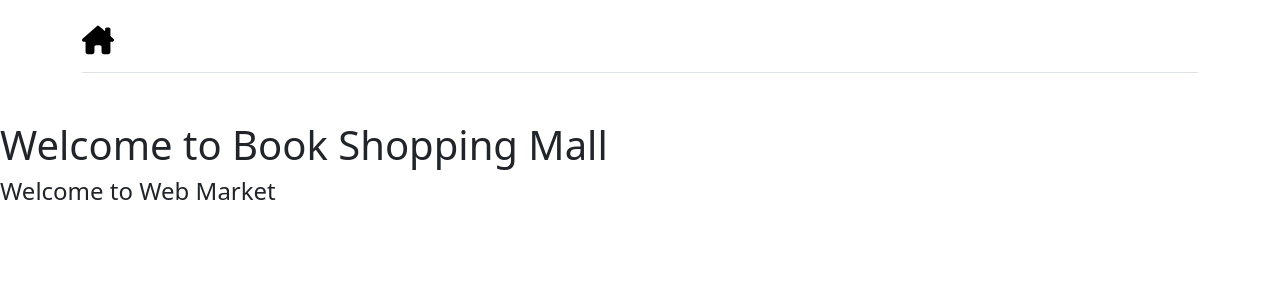
Repository: 6dreamhigh/jsp
Page: http://localhost/BookMarket/welcome.jsp
An editor plug-in stored every save of this project. The page is shown before and after the next save, followed by the edit.
The browser window is 1280 px wide. The pictures show the whole page.
The page is served by Tomcat 9.

Above is the page before, as saved 2024-08-12 06:51:50.

### BookMarket/src/main/webapp/welcome.jsp
<%@ page language="java" contentType="text/html; charset=EUC-KR"
    pageEncoding="EUC-KR"%>
<!DOCTYPE html>
<html>
<head>
<meta charset="EUC-KR">
<title>Welcome</title>
<link href="https://cdn.jsdelivr.net/npm/bootstrap@5.1.3/dist/css/bootstrap.min.css" rel="stylesheet">

</head>
<body>
<div class ="container py-4">
	<header class ="pb-3 mb-4 border-bottom">
		<a href = "./welcome.jsp" class ="d-flex align-items-center text-dark text-decoration-none">
		<svg width="32" height="32" xmlns="http://www.w3.org/2000/svg" viewBox="0 0 576 512"><!--!Font Awesome Free 6.6.0 by @fontawesome - https://fontawesome.com License - https://fontawesome.com/license/free Copyright 2024 Fonticons, Inc.--><path d="M543.8 287.6c17 0 32-14 32-32.1c1-9-3-17-11-24L512 185l0-121c0-17.7-14.3-32-32-32l-32 0c-17.7 0-32 14.3-32 32l0 36.7L309.5 7c-6-5-14-7-21-7s-15 1-22 8L10 231.5c-7 7-10 15-10 24c0 18 14 32.1 32 32.1l32 0 0 69.7c-.1 .9-.1 1.8-.1 2.8l0 112c0 22.1 17.9 40 40 40l16 0c1.2 0 2.4-.1 3.6-.2c1.5 .1 3 .2 4.5 .2l31.9 0 24 0c22.1 0 40-17.9 40-40l0-24 0-64c0-17.7 14.3-32 32-32l64 0c17.7 0 32 14.3 32 32l0 64 0 24c0 22.1 17.9 40 40 40l24 0 32.5 0c1.4 0 2.8 0 4.2-.1c1.1 .1 2.2 .1 3.3 .1l16 0c22.1 0 40-17.9 40-40l0-16.2c.3-2.6 .5-5.3 .5-8.1l-.7-160.2 32 0z"/></svg>
		</a>
	</header>



</div>
<%! String greeting = "Welcome to Book Shopping Mall";
	String tagline = "Welcome to Web Market";
%>
<h1><%=greeting %></h1>
<h4><%=tagline %></h4>
</body>
</html>

After the next save:
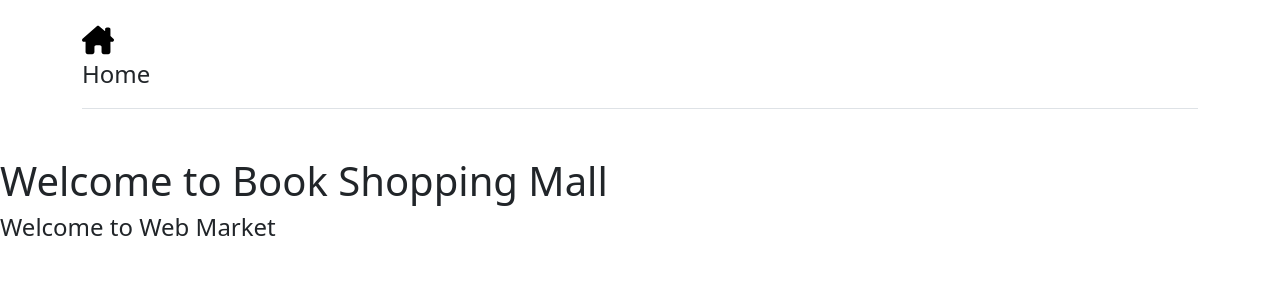
Saved 40 s later.
--- a/BookMarket/src/main/webapp/welcome.jsp
+++ b/BookMarket/src/main/webapp/welcome.jsp
@@ -14,6 +14,7 @@
 		<a href = "./welcome.jsp" class ="d-flex align-items-center text-dark text-decoration-none">
 		<svg width="32" height="32" xmlns="http://www.w3.org/2000/svg" viewBox="0 0 576 512"><!--!Font Awesome Free 6.6.0 by @fontawesome - https://fontawesome.com License - https://fontawesome.com/license/free Copyright 2024 Fonticons, Inc.--><path d="M543.8 287.6c17 0 32-14 32-32.1c1-9-3-17-11-24L512 185l0-121c0-17.7-14.3-32-32-32l-32 0c-17.7 0-32 14.3-32 32l0 36.7L309.5 7c-6-5-14-7-21-7s-15 1-22 8L10 231.5c-7 7-10 15-10 24c0 18 14 32.1 32 32.1l32 0 0 69.7c-.1 .9-.1 1.8-.1 2.8l0 112c0 22.1 17.9 40 40 40l16 0c1.2 0 2.4-.1 3.6-.2c1.5 .1 3 .2 4.5 .2l31.9 0 24 0c22.1 0 40-17.9 40-40l0-24 0-64c0-17.7 14.3-32 32-32l64 0c17.7 0 32 14.3 32 32l0 64 0 24c0 22.1 17.9 40 40 40l24 0 32.5 0c1.4 0 2.8 0 4.2-.1c1.1 .1 2.2 .1 3.3 .1l16 0c22.1 0 40-17.9 40-40l0-16.2c.3-2.6 .5-5.3 .5-8.1l-.7-160.2 32 0z"/></svg>
 		</a>
+		<span class="fs-4">Home</span>
 	</header>
 
 
